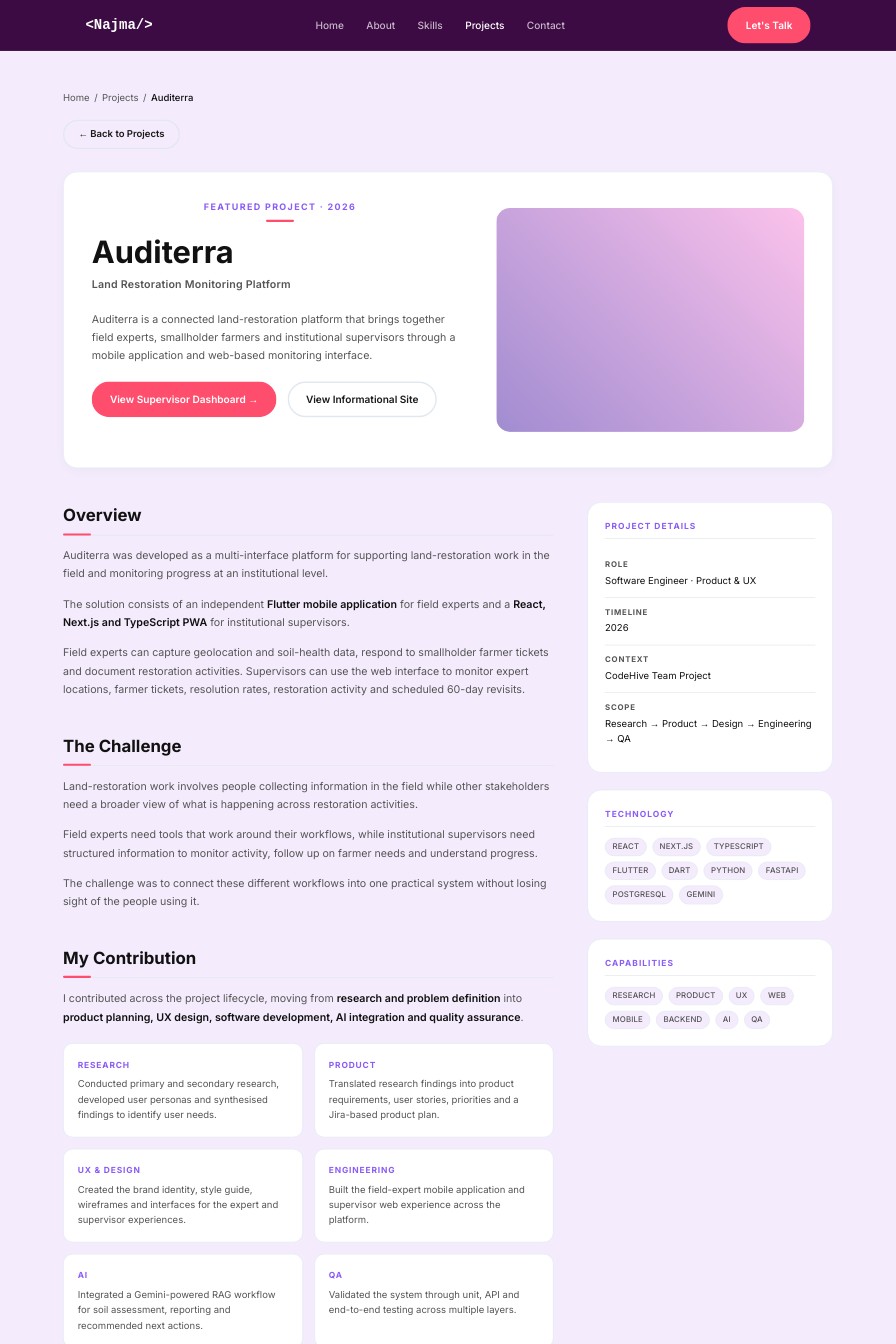
Repository: najmahares/portfolio
Page: project.html
The author's editor kept a copy of each file at every save. The page is drawn from the files as they stood at one save, then again after the next save.
The browser window is 1280 px wide. The pictures show the part of the page from y = 0 to 1920 px (the page is 4496 px tall), at 70% of full size.

Above is the page before, as saved 2026-09-19 09:11:36.

After the next save:
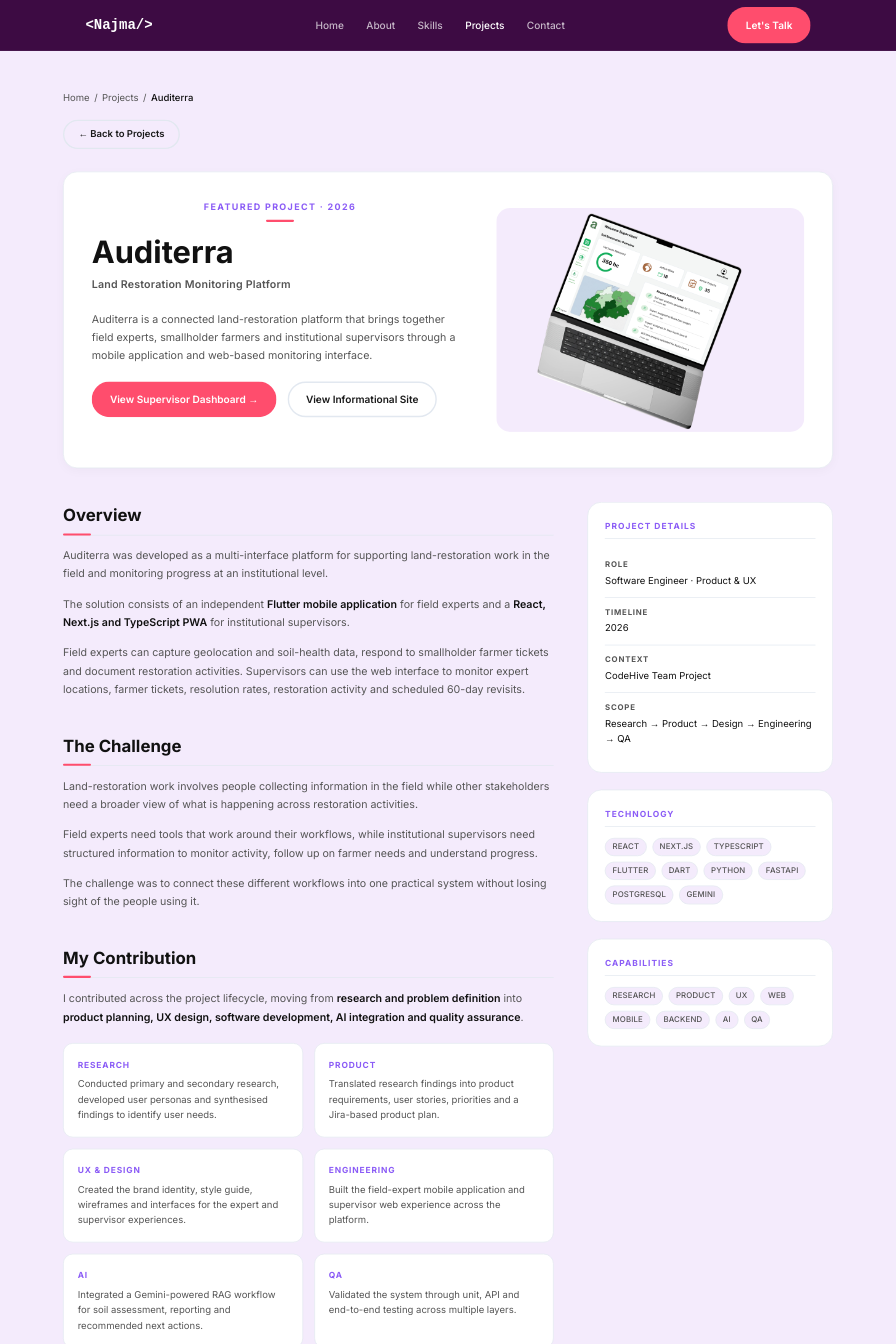
Saved 24 min 17 s later.
--- a/project.html
+++ b/project.html
@@ -86,7 +86,10 @@
           </div>
         </div>
 
-        <div class="project-header-img placeholder-1 tilt-card"></div>
+        <div
+          class="project-header-img tilt-card"
+          style="background-image: url(&quot;assets/mockups.png&quot;)"
+        ></div>
       </header>
 
       <!-- Project Body -->
